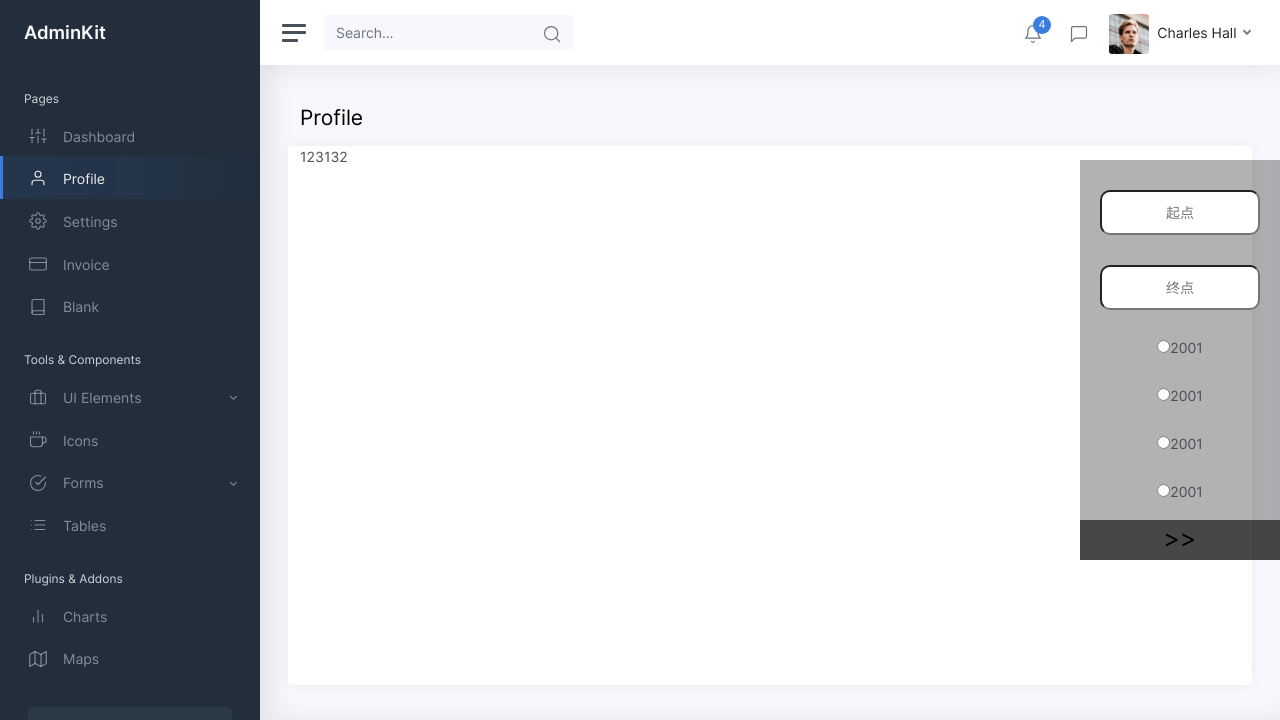
Repository: yuwei0922/WHURS-WGIS
Page: final_project/pages-profile.html
The author's editor kept a copy of each file at every save. The page is drawn from the files as they stood at one save, then again after the next save.
The browser window is 1280 px wide. The pictures show the whole page.

Above is the page before, as saved 2022-12-21 21:22:27.
Not found: final_project/js/vendor.js

After the next save:
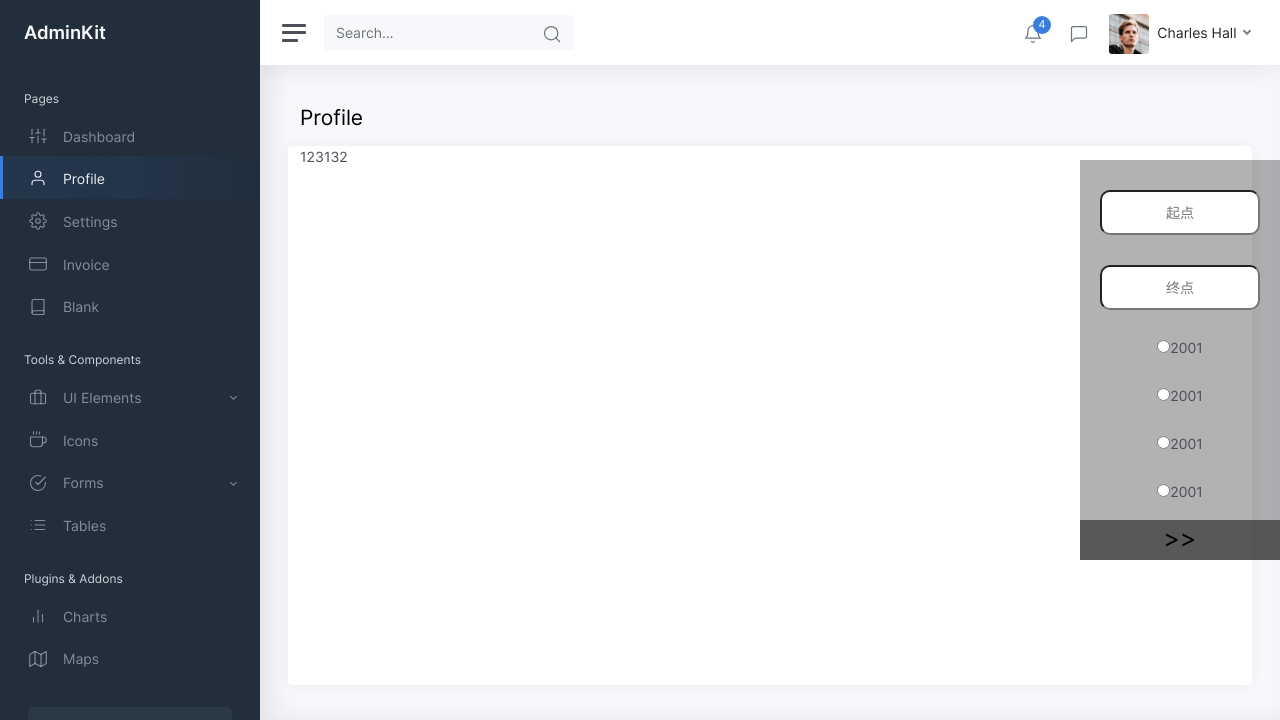
Saved 12 s later.
--- a/final_project/css/content.css
+++ b/final_project/css/content.css
@@ -40,5 +40,5 @@
     bottom: 0;
     margin: 0 auto;
     color: black;
-    background-color:rgba(0,0,0,0.6) ;
+    background-color:rgba(0,0,0,0.5) ;
 }
